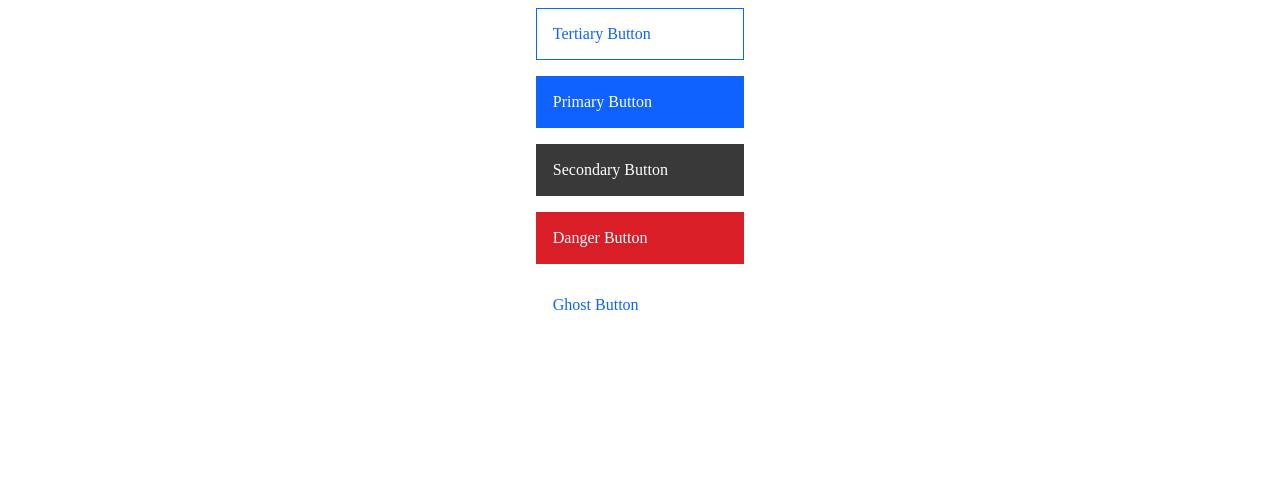
Repository: prav10194/ibm-carbon-components-vanilla
Page: buttons/index.html
The author's editor kept a copy of each file at every save. The page is drawn from the files as they stood at one save, then again after a run of saves.
The browser window is 1280 px wide. The pictures show the whole page.
Some web fonts or font styles are not loaded; a fallback is used.

Above is the page before, as saved 2020-11-12 19:54:30.

### buttons/index.html
<!DOCTYPE html>
<html lang="en">
<head>
    <meta charset="UTF-8">
    <meta name="viewport" content="width=device-width, initial-scale=1.0">
    <link rel="shortcut icon" href="./assets/ibm--cloud.svg" />
    <link rel="stylesheet" href="./node_modules/@ibm/plex/css/ibm-plex-sans-kr.css">
    <link rel="stylesheet" href="./node_modules/@ibm/plex/css/ibm-plex.css">
    <link rel="stylesheet" href="./index.css">
    <title>Button examples</title>
</head>
<style>
    .buttondiv > *:not(:first-child) {
        margin-top: 1rem;
    }
</style>
<body>
    <div class="buttondiv" style="display: flex; flex-direction: column; justify-content: center; align-items: center;">
        <div class="tertiary-button">Tertiary Button</div>
        <div class="primary-button">Primary Button</div>
        <div class="secondary-button">Secondary Button</div>
        <div class="danger-button">Danger Button</div>
        <div class="ghost-button">Ghost Button</div>
    </div>
</body>
</html>

### buttons/index.css
.tertiary-button {
    font-size: 1rem;
    border: 1px solid #0f62fe;
    color: #0f62fe;
    padding: 1rem 4rem 1rem 1rem;
    width: 10%;
    font-family: IBM Plex Sans;
}

.tertiary-button:hover {
    background-color: #0f62fe;
    color: white;
    cursor: pointer;
}

.primary-button {
    font-size: 1rem;
    border: 1px solid #0f62fe;
    background-color: #0f62fe;
    color: white;
    padding: 1rem 4rem 1rem 1rem;
    width: 10%;
    font-family: IBM Plex Sans;
}

.primary-button:hover {
    /* background-color: #0f62fe; */
    /* color: white; */
    background-color: #0d58e4;
    cursor: pointer;
}

.secondary-button {
    font-size: 1rem;
    border: 1px solid #393939;
    background-color: #393939;
    color: white;
    padding: 1rem 4rem 1rem 1rem;
    width: 10%;
    font-family: IBM Plex Sans;
}

.secondary-button:hover {
    background-color: #4c4c4c;
    cursor: pointer;
}

.danger-button {
    font-size: 1rem;
    border: 1px solid #da1e28;
    background-color: #da1e28;
    color: white;
    padding: 1rem 4rem 1rem 1rem;
    width: 10%;
    font-family: IBM Plex Sans;
}

.danger-button:hover {
    background-color: #c41b24;
    cursor: pointer;
}

.ghost-button {
    font-size: 1rem;
    color: #0f62fe;
    padding: 1rem 4rem 1rem 1rem;
    width: 10%;
    font-family: IBM Plex Sans;
}

.ghost-button:hover {
    background-color: #e0e0e0;
    cursor: pointer;
}

Loaded but not shown: fonts/node_modules/@ibm/plex/css/ibm-plex-sans-kr.css (library); fonts/node_modules/@ibm/plex/css/ibm-plex.css (library)

After the next 2 saves:
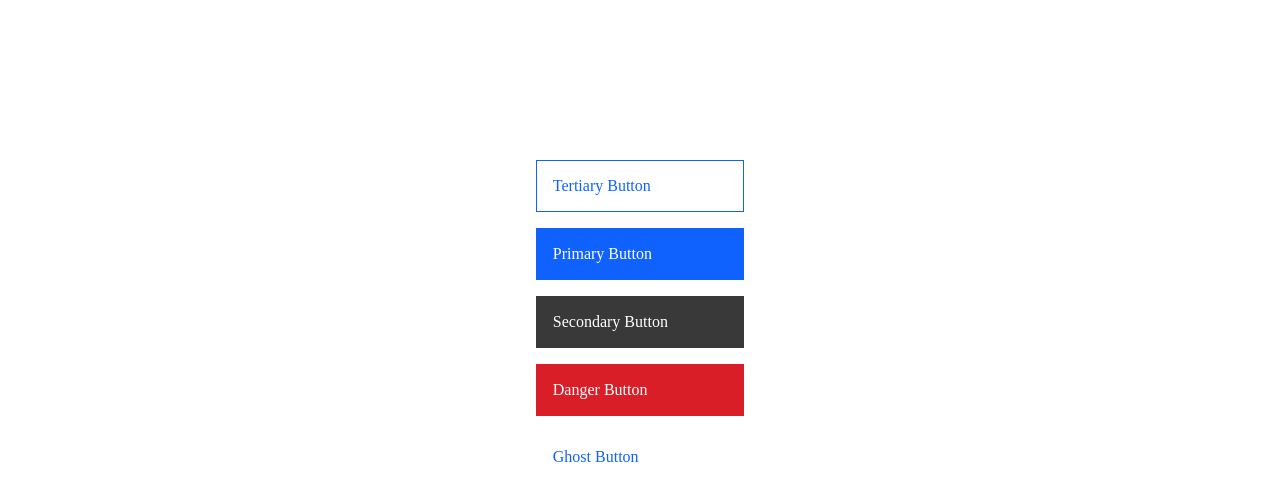
The 2 saves are shown as one change because they came seconds apart.
The last was saved 22 s later.
--- a/buttons/index.html
+++ b/buttons/index.html
@@ -15,7 +15,7 @@
     }
 </style>
 <body>
-    <div class="buttondiv" style="display: flex; flex-direction: column; justify-content: center; align-items: center;">
+    <div class="buttondiv" style="display: flex; flex-direction: column; justify-content: center; align-items: center; margin-top: 10rem;">
         <div class="tertiary-button">Tertiary Button</div>
         <div class="primary-button">Primary Button</div>
         <div class="secondary-button">Secondary Button</div>
